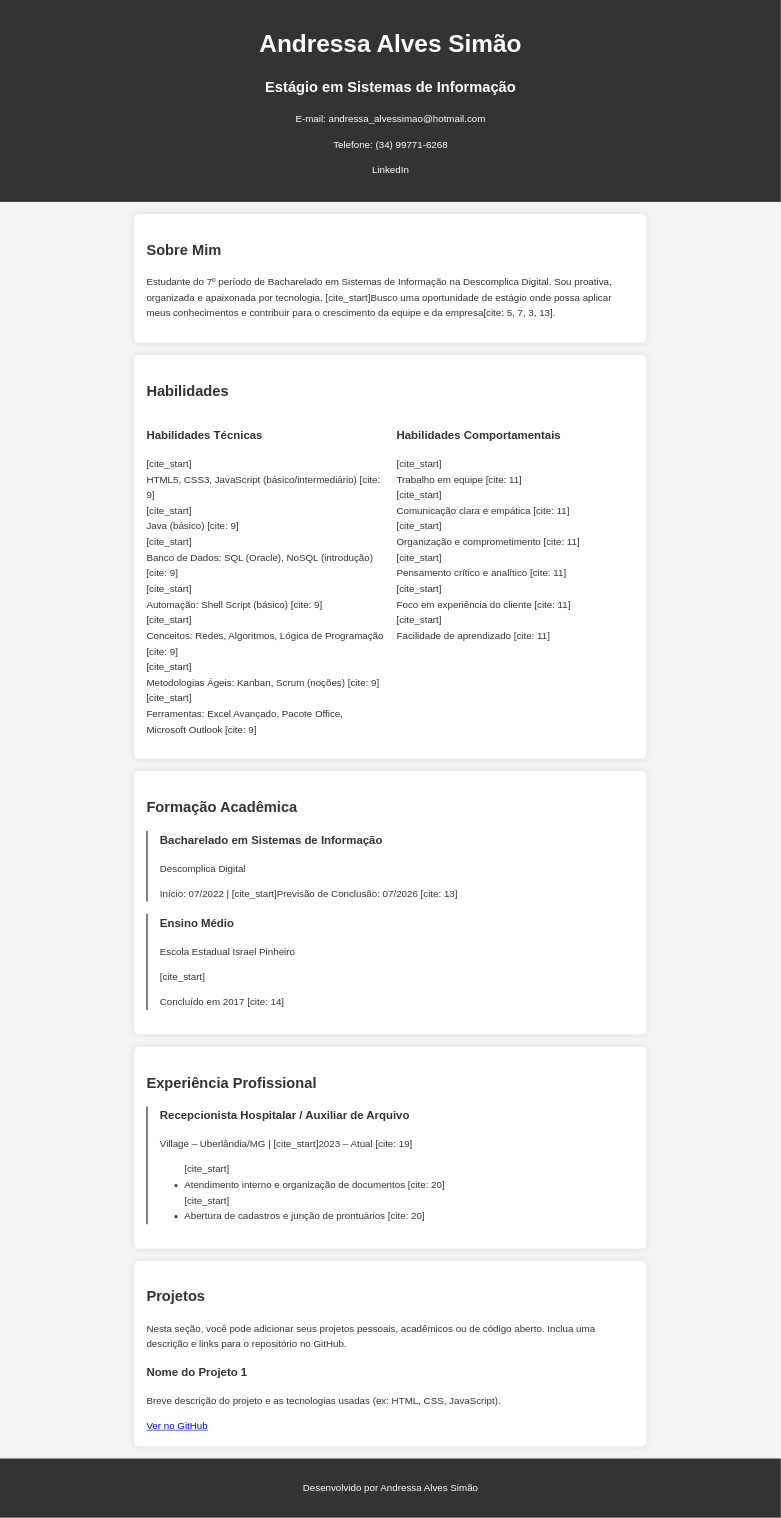
Repository: Andressa-Sim/portfolio-webpage-
Page: index.html
An editor plug-in stored every save of this project. The page is shown before and after the next save, followed by the edit.
The browser window is 1280 px wide. The pictures show the whole page, at 61% of full size.

Above is the page before, as saved 2025-08-25 19:08:23.

After the next save:
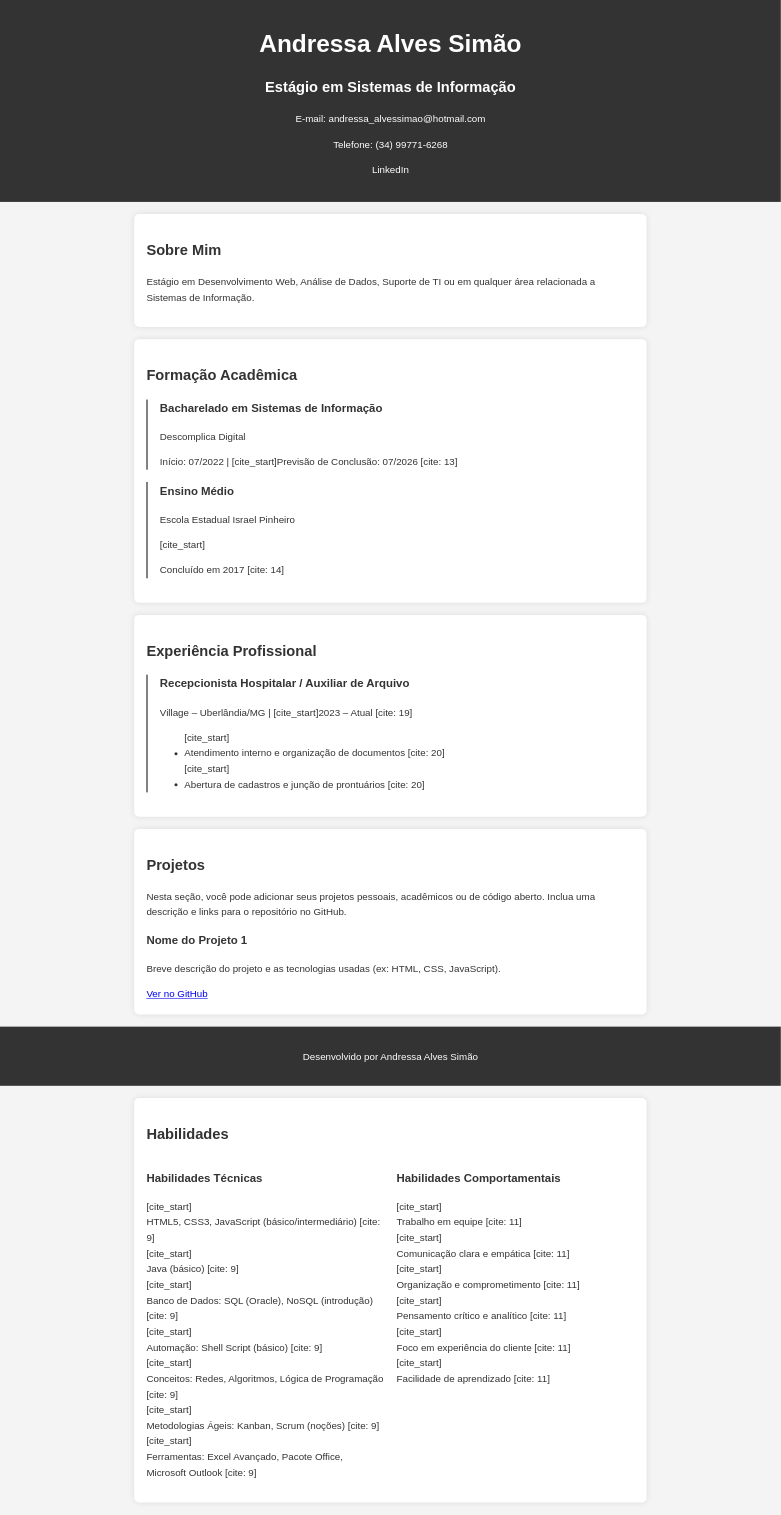
Saved 4 min 35 s later.
--- a/index.html
+++ b/index.html
@@ -21,36 +21,8 @@
     <main>
         <section id="sobre" class="section-container">
             <h2>Sobre Mim</h2>
-            <p>Estudante do 7º período de Bacharelado em Sistemas de Informação na Descomplica Digital. Sou proativa, organizada e apaixonada por tecnologia. [cite_start]Busco uma oportunidade de estágio onde possa aplicar meus conhecimentos e contribuir para o crescimento da equipe e da empresa[cite: 5, 7, 3, 13].</p>
-        </section>
-
-        <section id="habilidades" class="section-container">
-            <h2>Habilidades</h2>
-            <div class="skills-grid">
-                <div class="skill-category">
-                    <h3>Habilidades Técnicas</h3>
-                    <ul>
-                        [cite_start]<li>HTML5, CSS3, JavaScript (básico/intermediário) [cite: 9]</li>
-                        [cite_start]<li>Java (básico) [cite: 9]</li>
-                        [cite_start]<li>Banco de Dados: SQL (Oracle), NoSQL (introdução) [cite: 9]</li>
-                        [cite_start]<li>Automação: Shell Script (básico) [cite: 9]</li>
-                        [cite_start]<li>Conceitos: Redes, Algoritmos, Lógica de Programação [cite: 9]</li>
-                        [cite_start]<li>Metodologias Ágeis: Kanban, Scrum (noções) [cite: 9]</li>
-                        [cite_start]<li>Ferramentas: Excel Avançado, Pacote Office, Microsoft Outlook [cite: 9]</li>
-                    </ul>
-                </div>
-                <div class="skill-category">
-                    <h3>Habilidades Comportamentais</h3>
-                    <ul>
-                        [cite_start]<li>Trabalho em equipe [cite: 11]</li>
-                        [cite_start]<li>Comunicação clara e empática [cite: 11]</li>
-                        [cite_start]<li>Organização e comprometimento [cite: 11]</li>
-                        [cite_start]<li>Pensamento crítico e analítico [cite: 11]</li>
-                        [cite_start]<li>Foco em experiência do cliente [cite: 11]</li>
-                        [cite_start]<li>Facilidade de aprendizado [cite: 11]</li>
-                    </ul>
-                </div>
-            </div>
+            <p>Estágio em Desenvolvimento Web, Análise de Dados, Suporte de TI ou em
+qualquer área relacionada a Sistemas de Informação.</p>
         </section>
 
         <section id="formacao" class="section-container">
@@ -100,3 +72,32 @@
     <script src="script.js"></script>
 </body>
 </html>
+
+        <section id="habilidades" class="section-container">
+            <h2>Habilidades</h2>
+            <div class="skills-grid">
+                <div class="skill-category">
+                    <h3>Habilidades Técnicas</h3>
+                    <ul>
+                        [cite_start]<li>HTML5, CSS3, JavaScript (básico/intermediário) [cite: 9]</li>
+                        [cite_start]<li>Java (básico) [cite: 9]</li>
+                        [cite_start]<li>Banco de Dados: SQL (Oracle), NoSQL (introdução) [cite: 9]</li>
+                        [cite_start]<li>Automação: Shell Script (básico) [cite: 9]</li>
+                        [cite_start]<li>Conceitos: Redes, Algoritmos, Lógica de Programação [cite: 9]</li>
+                        [cite_start]<li>Metodologias Ágeis: Kanban, Scrum (noções) [cite: 9]</li>
+                        [cite_start]<li>Ferramentas: Excel Avançado, Pacote Office, Microsoft Outlook [cite: 9]</li>
+                    </ul>
+                </div>
+                <div class="skill-category">
+                    <h3>Habilidades Comportamentais</h3>
+                    <ul>
+                        [cite_start]<li>Trabalho em equipe [cite: 11]</li>
+                        [cite_start]<li>Comunicação clara e empática [cite: 11]</li>
+                        [cite_start]<li>Organização e comprometimento [cite: 11]</li>
+                        [cite_start]<li>Pensamento crítico e analítico [cite: 11]</li>
+                        [cite_start]<li>Foco em experiência do cliente [cite: 11]</li>
+                        [cite_start]<li>Facilidade de aprendizado [cite: 11]</li>
+                    </ul>
+                </div>
+            </div>
+        </section>
